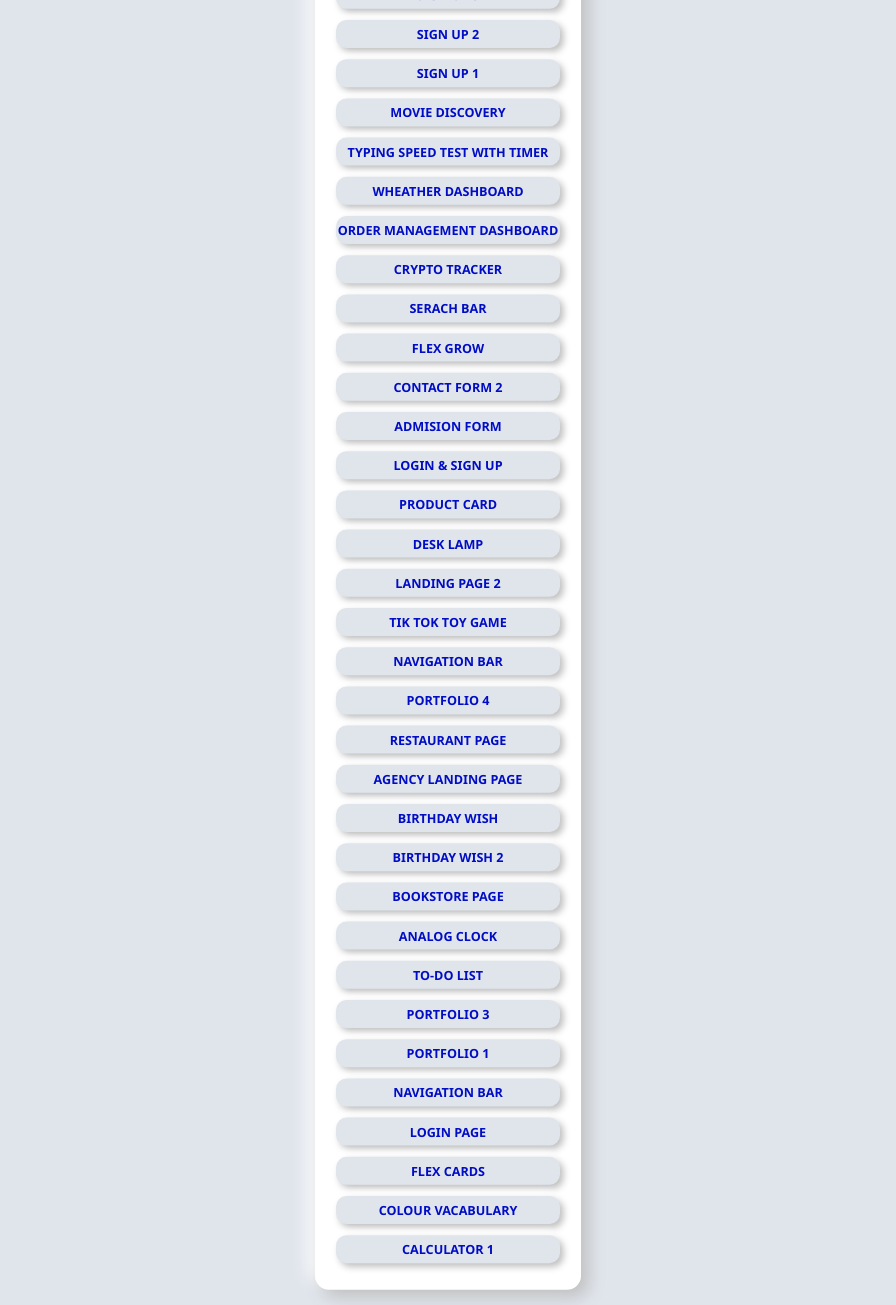
Repository: ruzni-dev/project-showcase
Page: pages/22-profile-card/index.html
These files come from the project's save history. The page is drawn as it stood at one moment and after the next save; the edit follows.
The browser window is 1280 px wide. The pictures show the part of the page from y = 2202 to 4122 px (the page is 4066 px tall before and 4122 px after), at 70% of full size.

Above is the page before, as saved 2026-05-22 10:02:15.

### pages/22-profile-card/index.html
<!DOCTYPE html>
<html lang="en">
<head>
    <meta charset="UTF-8" />
    <meta name="viewport" content="width=device-width, initial-scale=1.0"/>
    <title>Profile Card</title>
    <link rel="stylesheet" href="assets/css/styles.css" />
    <link rel="stylesheet" href="https://cdnjs.cloudflare.com/ajax/libs/font-awesome/6.4.0/css/all.min.css" />
</head>
<body>
    <br>
    <!-- Theme Toggle Switch -->
    <div class="theme-toggle">
    <label class="switch">
        <input type="checkbox" id="themeCheckbox">
        <span class="slider">
        <i class="fas fa-moon icon moon"></i>
        <i class="fas fa-sun icon sun"></i>
        </span>
        <span class="label-text">Light mode</span>
    </label>
    </div>

    <!-- Profile Card -->
    <div class="card">
        <img decoding="async" src="assets/images/img1.jpg" class="profile-img" alt="Ruzni" />
        <h2>Mohamad Ruzni</h2>
        <p class="role">Creative Front End Developer passionate about Software Engineer</p>

        <button class="follow-btn">Follow Me</button>

        <div class="social-icons">
        <a href="https://www.facebook.com/share/155qVLvHQ7/" class="facebook"><i class="fab fa-facebook-f"></i></a>
        <a href="https://Wa.me/+94718644513" class="whatsapp"><i class="fab fa-whatsapp"></i></a>
        <a href="https://www.tiktok.com/@_dark_life_001_?_t=ZS-8yLu1wFGmJt&_r=1" class="tiktok"><i class="fab fa-tiktok"></i></a>
        </div>
    </div>
    <br>
    <h2>Projects</h2><br>
    <div class="card project">
        <a href="https://ruzni-dev.github.io/01-animated-accordion/">Animated Accordion</a>
        <a href="https://ruzni-dev.github.io/02-tgl-bar/">Toggle Bar</a>
        <a href="https://ruzni-dev.github.io/03-btn/">Buttons</a>
        <a href="https://ruzni-dev.github.io/03-landing-page/">Landing Page</a>
        <a href="https://ruzni-dev.github.io/04-popup-login/">Popup Login</a>
        <a href="https://ruzni-dev.github.io/05-calculater/">Calculator 2</a>
        <a href="https://ruzni-dev.github.io/06-modern-login/">Modern Login</a>
        <a href="https://ruzni-dev.github.io/07-contact-form/">Contact Form 1</a>
        <a href="https://ruzni-dev.github.io/08-countdown-timer/">Countdown Timer</a>
        <a href="https://ruzni-dev.github.io/09-portfolio/">Portfolio 2</a>
        <a href="https://ruzni-dev.github.io/10-digital-clock/">Digital Clock</a>
        <a href="https://ruzni-dev.github.io/11-expense-tracker-app/">Expense Tracker</a>
        <a href="https://ruzni-dev.github.io/12-flex-box/">Flex Box</a>
        <a href="https://ruzni-dev.github.io/13-modern-sign-up/">Modern Sign Up</a>
        <a href="https://ruzni-dev.github.io/14-img-slider/">Image Slider</a>
        <a href="https://ruzni-dev.github.io/15-login-form/">Login Form</a>
        <a href="https://ruzni-dev.github.io/16-sign-up/">Sign up 4</a>
        <a href="https://ruzni-dev.github.io/17-memory-card-game/">Memory Card Game</a>
        <a href="https://ruzni-dev.github.io/18-modern-login/">Modern Login</a>
        <a href="https://ruzni-dev.github.io/19-nav-menu/">Navigation Menu</a>
        <a href="https://ruzni-dev.github.io/20-number-geussing-game/">Number Guessing Game</a>
        <a href="https://ruzni-dev.github.io/21-animated-login/">Animated Login</a>
        <a href="https://ruzni-dev.github.io/22-profile-card/">Profile Card</a>
        <a href="https://ruzni-dev.github.io/23-pricing-table/">Pricing Table</a>
        <a href="https://ruzni-dev.github.io/24-recipe-finder/">Recipe Finder</a>
        <a href="https://ruzni-dev.github.io/25-rock-paper-scissor/">Rock Paper Scissor Game</a>
        <a href="https://ruzni-dev.github.io/26-slide-bar-menu/">Slide Bar Menu</a>
        <a href="https://ruzni-dev.github.io/27-sign-up/">Sign Up 3</a>
        <a href="https://ruzni-dev.github.io/28-sign-up/">Sign Up 2</a>
        <a href="https://ruzni-dev.github.io/29-sign-up/">Sign Up 1</a>
        <a href="https://ruzni-dev.github.io/30-movies-page/">Movie Discovery</a>
        <a href="https://ruzni-dev.github.io/31-typing-speed-test-with-timer/">Typing Speed Test With Timer</a>
        <a href="https://ruzni-dev.github.io/32-wheather-dashboard/">Wheather Dashboard</a>
        <a href="https://ruzni-dev.github.io/33-oredr-managment-dashboard/">Order Management Dashboard</a>
        <a href="https://ruzni-dev.github.io/34-crypto-tracker/">Crypto Tracker</a>
        <a href="https://ruzni-dev.github.io/35-search-bar/">Serach Bar</a>
        <a href="https://ruzni-dev.github.io/36-flex-grow-hover-effect/">Flex Grow</a>
        <a href="https://ruzni-dev.github.io/37-contact-form/">Contact Form 2</a>
        <a href="https://ruzni-dev.github.io/38-admision-form/">Admision Form</a>
        <a href="https://ruzni-dev.github.io/39-login/">Login & sign up</a>
        <a href="https://ruzni-dev.github.io/40-product-card/">Product Card</a>
        <a href="https://ruzni-dev.github.io/41-realistic-desk-lamp/">Desk Lamp</a>
        <a href="https://ruzni-dev.github.io/42-landing-page/">Landing page 2</a>
        <a href="https://ruzni-dev.github.io/43-tic-tac-toe-game/">Tik Tok Toy Game</a>
        <a href="https://ruzni-dev.github.io/44-nav-bar/">Navigation bar</a>
        <a href="https://ruzni-dev.github.io/45-portfolio1/">Portfolio 4</a>
        <a href="https://ruzni-dev.github.io/46-Restaurent/">Restaurant Page</a>
        <a href="https://ruzni-dev.github.io/47-agency-landing-page/">Agency Landing Page</a>
        <a href="https://ruzni-dev.github.io/48-birthday-wish/">Birthday wish</a>
        <a href="https://ruzni-dev.github.io/49-birthday-wish-2/">Birthday wish 2</a>
        <a href="https://ruzni-dev.github.io/50-bookstore-page/">Bookstore page</a>
        <a href="https://ruzni-dev.github.io/clock/">Analog Clock</a>
        <a href="https://ruzni-dev.github.io/project-to-do/">To-Do List</a>
        <a href="https://ruzni-dev.github.io/project-port/">Portfolio 3</a>
        <a href="https://ruzni-dev.github.io/portfolio1/">Portfolio 1</a>
        <a href="https://ruzni-dev.github.io/nawBar/">Navigation Bar</a>
        <a href="https://ruzni-dev.github.io/login/">Login Page</a>
        <a href="https://ruzni-dev.github.io/flex-cards/">Flex Cards</a>
        <a href="https://ruzni-dev.github.io/color-vac/">Colour Vacabulary</a>
        <a href="https://ruzni-dev.github.io/calculater/">Calculator 1</a>
    </div>
    <br>

    <script src="assets/js/app.js"></script>
</body>
</html>

### pages/22-profile-card/assets/css/styles.css
/* Reset */
* {
  margin: 0;
  padding: 0;
  box-sizing: border-box;
  scroll-behavior: smooth;
}

body {
  font-family: 'Segoe UI', sans-serif;
  background: #e0e5ec;
  display: flex;
  flex-direction: column;
  align-items: center;
  justify-content: center;
  min-height: 100vh;
  transition: background 0.4s ease;
}

/* Theme Toggle */
.theme-toggle {
  margin-bottom: 30px;
}

.switch {
  display: flex;
  align-items: center;
  cursor: pointer;
}

.switch input {
  display: none;
}

.slider {
  position: relative;
  width: 60px;
  height: 30px;
  background: #ccc;
  border-radius: 30px;
  transition: background-color 0.3s ease;
}

.slider::before {
  content: "";
  position: absolute;
  height: 26px;
  width: 26px;
  border-radius: 50%;
  background: white;
  top: 2px;
  left: 2px;
  z-index: 2;
  transition: transform 0.3s ease;
}

.icon {
  position: absolute;
  font-size: 14px;
  color: #555;
  top: 50%;
  transform: translateY(-50%);
  pointer-events: none;
  transition: opacity 0.3s ease;
}

body.dark .icon {
  color: white;
}

.moon {
  left: 10px;
  opacity: 0;
}

.sun {
  right: 10px;
  opacity: 1;
}

.label-text {
  margin-left: 12px;
  font-weight: 600;
  font-size: 16px;
  color: #333;
}

/* Toggle Active */
input:checked + .slider {
  background: #444;
}

input:checked + .slider::before {
  transform: translateX(30px);
}

input:checked + .slider .moon {
  opacity: 1;
}

input:checked + .slider .sun {
  opacity: 0;
}



/* Profile Card */
.card {
  background: #ffffff;
  padding: 30px;
  border-radius: 20px;
  box-shadow: 10px 10px 25px #bebebe, -10px -10px 25px #ffffff;
  text-align: center;
  width: 90%;
  max-width: 380px;
  transition: background 0.2s ease, box-shadow 0.2s ease;
}

.profile-img {
  width: 180px;
  height: 180px;
  border-radius: 50%;
  border: 4px solid #0162ff;
  object-fit: cover;
  box-shadow: 0 4px 12px rgba(0, 0, 0, .6);
  margin-bottom: 20px;
}

body.dark .profile-img {
  border: 4px solid white;

}

.card h2 {
  font-size: 24px;
  margin-bottom: 10px;
  color: #2a2d32;
}

.card .role {
  font-size: 14px;
  color: #555;
  margin-bottom: 20px;
}

.follow-btn {
  padding: 10px 20px;
  border: none;
  background: linear-gradient(to right, #6a11cb, #2575fc);
  color: white;
  border-radius: 30px;
  font-size: 15px;
  cursor: pointer;
  margin-bottom: 20px;
}

.social-icons {
  display: flex;
  justify-content: center;
  gap: 20px;
}

.social-icons a {
  text-decoration: none;
  width: 42px;
  height: 42px;
  display: flex;
  justify-content: center;
  align-items: center;
  border-radius: 50%;
  font-size: 18px;
  transition: all 0.3s ease;
}

.facebook {
  background: #e0e5ec;
  color: #0162ff;
  box-shadow: 5px 5px 10px #bebebe, -5px -5px 10px #ffffff;
}

.whatsapp {
  background: #e0e5ec;
  color: #00c033;
  box-shadow: 5px 5px 10px #bebebe, -5px -5px 10px #ffffff;
}

.tiktok {
  background: #e0e5ec;
  color: #000;
  box-shadow: 5px 5px 10px #bebebe, -5px -5px 10px #ffffff;
}


.social-icons a:hover {
  transform: scale(1.1);
}

/* Individual Colors */
.facebook {
  color: #3b5998;
}
.whatsapp {
  color: #00c033;
}
.tiktok {
  color: #000;
}

/* Dark Mode */


body.dark .card {
  background: #2a2d32;
  box-shadow: inset 6px 6px 12px #1c1e21, inset -6px -6px 12px #3c4149;
}

body.dark .card h2,
body.dark .card .role {
  color: #eee;
}

body.dark .facebook {
  background: #0162ff;
  box-shadow: inset 5px 5px 10px #0d47a1, inset -5px -5px 10px #1e88e5;
  color: white;
}

body.dark .whatsapp {
  background: #00c033;
  box-shadow: inset 5px 5px 10px #018524, inset -5px -5px 10px #01f141;
  color: white;
}

body.dark .tiktok {
  background: #000;
  box-shadow: inset 5px 5px 10px #1c1c1c, inset -5px -5px 10px #333;
  color: white;
}

.Projects {
  display: flex;
  justify-content: center;
  gap: 20px;
  align-items: center;
  flex-wrap: wrap;
  flex-direction: column;
}

.project a {
  background: #e0e5ec;
  color: #000dc4;
  box-shadow: 5px 5px 10px #bebebe, -5px -5px 10px #ffffff;
  display: inline-block;
  width: 100%;
  margin: 8px 0;
  padding: 8px 0;
  text-decoration: none;
  text-transform: uppercase;
  font-weight: 600;
  font-size: 18px;
  border-radius: 15px;
}

body.dark .project a {
  background: #000dc4;
  box-shadow: inset 5px 5px 10px #00087e, inset -5px -5px 10px #1323ff;
  color: white;
}

.project a:hover {
  transform: scale(1.05);
}

### pages/22-profile-card/assets/js/app.js
const themeToggle = document.getElementById('themeCheckbox');
const labelText = document.querySelector('.label-text');
const img = document.querySelector('.profile-img');

themeToggle.addEventListener('change', () => {
  document.body.classList.toggle('dark');
  labelText.textContent = document.body.classList.contains('dark')
    ? 'Dark mode'
    : 'Light mode';
  if (img.src.includes("img1.jpg") || img.src.includes("assets/images/img1.jpg")) {
    img.src = "assets/images/img3.jpg";
  } else {
    img.src = "assets/images/img1.jpg";
  }
});

After the next save:
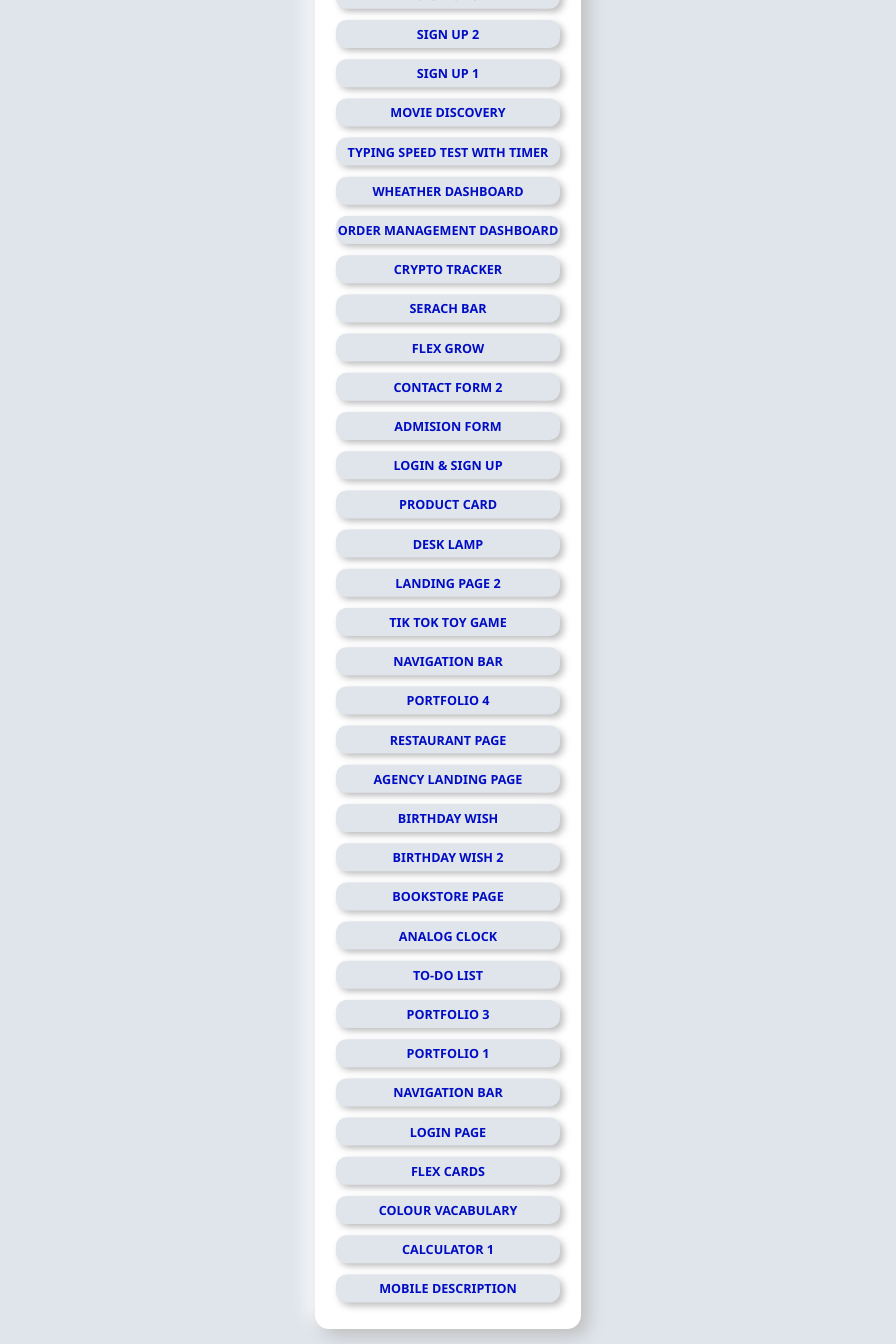
Saved 4 min 49 s later.
--- a/pages/22-profile-card/index.html
+++ b/pages/22-profile-card/index.html
@@ -98,6 +98,7 @@
         <a href="https://ruzni-dev.github.io/flex-cards/">Flex Cards</a>
         <a href="https://ruzni-dev.github.io/color-vac/">Colour Vacabulary</a>
         <a href="https://ruzni-dev.github.io/calculater/">Calculator 1</a>
+        <a href="https://ruzni-dev.github.io/mobile-describe/">Mobile Description</a>
     </div>
     <br>
 
